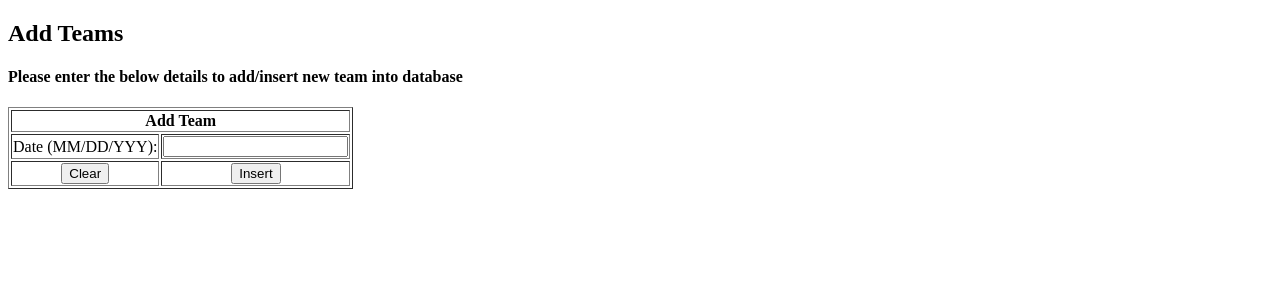
Repository: Harikiran-Madishetti/Patient-Assistance-Network
Page: http://localhost/IP_TASK7/new_teams_form.jsp
An editor plug-in stored every save of this project. The page is shown before and after the next save, followed by the edit.
The browser window is 1280 px wide. The pictures show the whole page.
The page is served by Tomcat 9.

Above is the page before, as saved 2020-11-16 19:13:51.

After the next save:
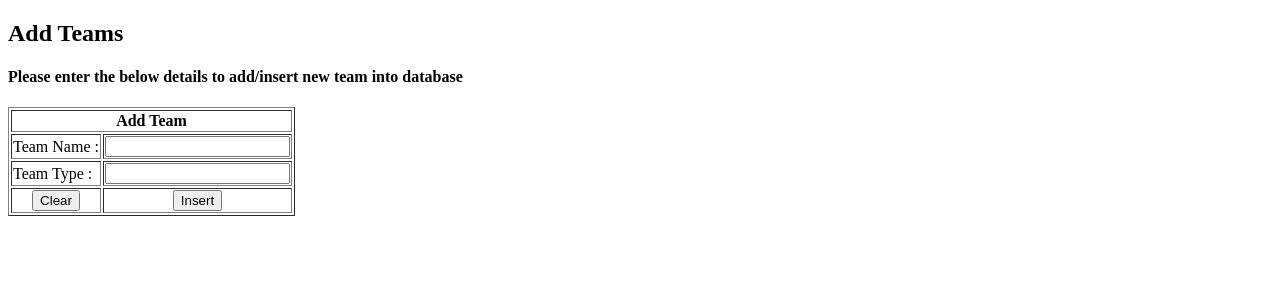
Saved 113 s later.
--- a/JDBC Connector/WEB Application/IP_TASK7/WebContent/new_teams_form.jsp
+++ b/JDBC Connector/WEB Application/IP_TASK7/WebContent/new_teams_form.jsp
@@ -18,9 +18,15 @@
                     <th colspan="2">		Add Team	</th>
                 </tr>
                 <tr>
-                    <td> Date (MM/DD/YYY): </td>
+                    <td> Team Name : </td>
                     <td><div style="text-align: center;">
-                    <input type=text name=formation_date>
+                    <input type=text name=team_name>
+                    </div></td>
+                </tr>
+                <tr>
+                    <td> Team Type : </td>
+                    <td><div style="text-align: center;">
+                    <input type=text name=team_type>
                     </div></td>
                 </tr>
                 <tr>
